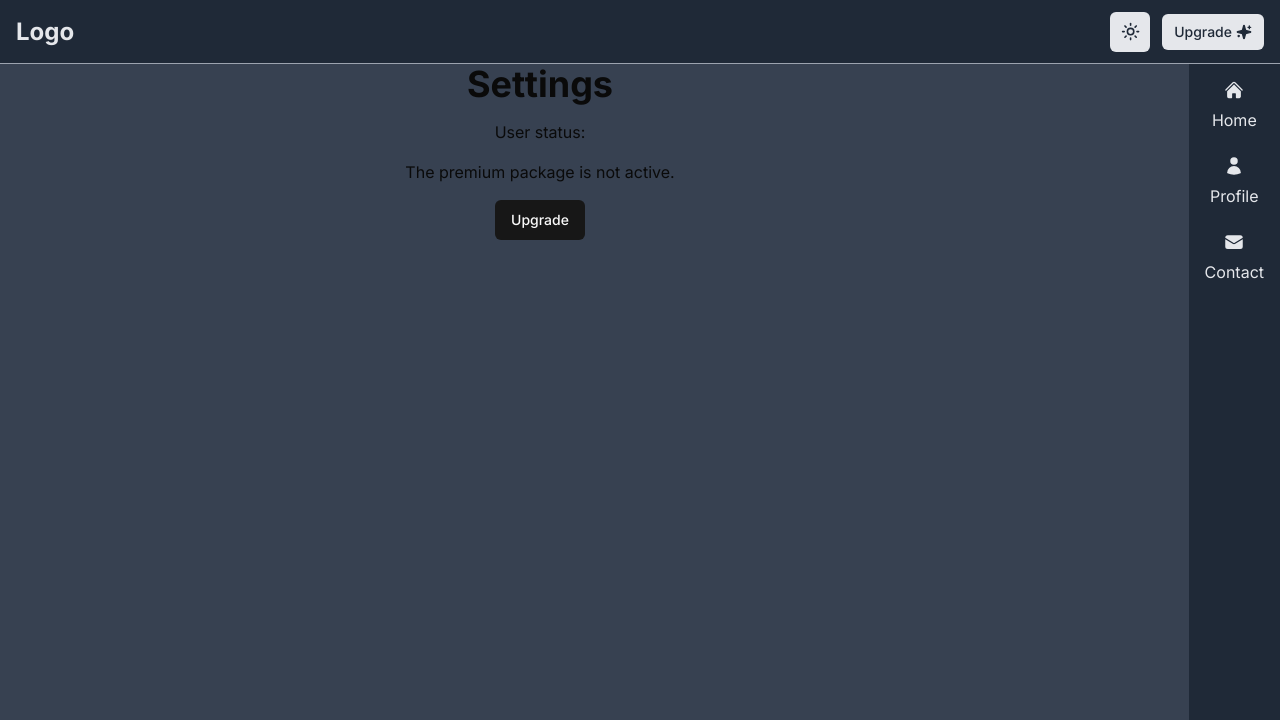
Repository: michalmilek/AI-companion-bot
Page: /settings
The author's editor kept a copy of each file at every save. The page is drawn from the files as they stood at one save, then again after the next save.
The browser window is 1280 px wide. The pictures show the whole page.
The page's requests for data from a server got no answer. The project was rebuilt for these pictures with package versions that can differ from the ones it lists, and the page was loaded fresh each time. Some packages were replaced by stand-ins written for this rebuild. The framework's server and built-in components were replaced by stand-ins that run in the browser. No one was signed in, and anything a server would have sent is missing. Also part of the build but not shown: next.config.js. Imported but missing from the stored project, and not drawn on this page: lib/prismadb.

Above is the page before, as saved 2023-10-10 18:26:11.

### app/layout.tsx
import { ClerkProvider } from "@clerk/nextjs";
import "./globals.css";
import type { Metadata } from "next";
import { Inter } from "next/font/google";
import { ThemeProvider } from "@/components/theme-provider";

const inter = Inter({ subsets: ["latin"] });

export const metadata: Metadata = {
  title: "Create Next App",
  description: "Generated by create next app",
};

export default function RootLayout({
  children,
}: {
  children: React.ReactNode;
}) {
  return (
    <ClerkProvider>
      <html lang="en">
        <body className={inter.className}>
          <ThemeProvider
            attribute="class"
            defaultTheme="light"
            enableSystem
            disableTransitionOnChange>
            {children}
          </ThemeProvider>
        </body>
      </html>
    </ClerkProvider>
  );
}

### app/(root)/layout.tsx
"use client";

import MobileSidebar from "@/components/MobileSidebar";
import Navbar from "@/components/Navbar";
import clsx from "clsx";
import { useTheme } from "next-themes";
import React, { useEffect } from "react";
import useStore from "../hooks/useStore";
import { useMediaQuery } from "react-responsive";
import { AnimatePresence } from "framer-motion";
import Sidebar from "@/components/Sidebar";

const RootLayout = ({ children }: { children: React.ReactNode }) => {
  const { theme } = useTheme();
  const isTabletOrLarger = useMediaQuery({
    query: "(min-width: 768px)",
  });
  const { setIsMobileMenuOpen } = useStore();

  useEffect(() => {
    if (isTabletOrLarger) {
      setIsMobileMenuOpen(false);
    }
  }, [isTabletOrLarger, setIsMobileMenuOpen]);

  return (
    <div
      className={`h-screen ${clsx(
        (theme === "dark" || "system") && "bg-gray-700",
        theme === "light" && "bg-gray-400"
      )} `}>
      <Navbar />
      <MobileSidebar />
      <Sidebar />
      <main className=" px-10 md:pr-60 pt-16 h-full">{children}</main>
    </div>
  );
};

export default RootLayout;

### app/(root)/(routes)/settings/page.tsx
import { checkSubscription } from "@/lib/subscription";
import React from "react";
import SubscriptionPanel from "./companion/SubscriptionPanel";

const page = async () => {
  const isPro = await checkSubscription();
  return (
    <div>
      <SubscriptionPanel isPro={isPro} />
    </div>
  );
};

export default page;

### app/globals.css
@tailwind base;
@tailwind components;
@tailwind utilities;

@layer base {
  :root {
    --background: 0 0% 100%;
    --foreground: 0 0% 3.9%;

    --card: 0 0% 100%;
    --card-foreground: 0 0% 3.9%;

    --popover: 0 0% 100%;
    --popover-foreground: 0 0% 3.9%;

    --primary: 0 0% 9%;
    --primary-foreground: 0 0% 98%;

    --secondary: 0 0% 96.1%;
    --secondary-foreground: 0 0% 9%;

    --muted: 0 0% 96.1%;
    --muted-foreground: 0 0% 45.1%;

    --accent: 0 0% 96.1%;
    --accent-foreground: 0 0% 9%;

    --destructive: 0 84.2% 60.2%;
    --destructive-foreground: 0 0% 98%;

    --border: 0 0% 89.8%;
    --input: 0 0% 89.8%;
    --ring: 0 0% 3.9%;

    --radius: 0.5rem;
  }

  .dark {
    --background: 0 0% 3.9%;
    --foreground: 0 0% 98%;

    --card: 0 0% 3.9%;
    --card-foreground: 0 0% 98%;

    --popover: 0 0% 3.9%;
    --popover-foreground: 0 0% 98%;

    --primary: 0 0% 98%;
    --primary-foreground: 0 0% 9%;

    --secondary: 0 0% 14.9%;
    --secondary-foreground: 0 0% 98%;

    --muted: 0 0% 14.9%;
    --muted-foreground: 0 0% 63.9%;

    --accent: 0 0% 14.9%;
    --accent-foreground: 0 0% 98%;

    --destructive: 0 62.8% 30.6%;
    --destructive-foreground: 0 0% 98%;

    --border: 0 0% 14.9%;
    --input: 0 0% 14.9%;
    --ring: 0 0% 83.1%;
  }
}

@layer base {
  * {
    @apply border-border;
  }
  body {
    @apply bg-background text-foreground;
  }
}

*{
  box-sizing: border-box;
  padding: 0;
  margin: 0;
}

### components/MobileSidebar.tsx
"use client";

import React from "react";
import { AnimatePresence, motion } from "framer-motion";
import { useTheme } from "next-themes";
import clsx from "clsx";
import { Theme, getThemeBackground } from "@/app/utils/helpers";
import { Button } from "./ui/button";
import { HomeIcon, UserIcon, EnvelopeIcon } from "@heroicons/react/24/solid";
import Link from "next/link";
import useStore from "@/app/hooks/useStore";
import { useMediaQuery } from "react-responsive";

const MobileSidebar = () => {
  const { theme } = useTheme();
  const isTabletOrLarger = useMediaQuery({
    query: "(min-width: 768px)",
  });

  const isMobileOrLarger = useMediaQuery({
    query: "(min-width: 550px)",
  });
  const { isMobileMenuOpen } = useStore();
  return (
    <AnimatePresence mode="wait">
      {isMobileMenuOpen && !isTabletOrLarger && (
        <motion.aside
          className={`h-full py-2 fixed bottom-0 top-16 right-0 ${getThemeBackground(
            theme as Theme
          )}`}
          initial={{ x: "100%" }}
          animate={{ x: 0 }}
          transition={{ type: "tween", duration: 0.3 }}
          exit={{ x: "100%" }}>
          <ul className="flex flex-col gap-2">
            <li>
              <Link
                className={`flex flex-col items-center gap-2 py-2 ${
                  theme === "light" ? "hover:bg-gray-700" : "hover:bg-gray-500"
                } transition-none`}
                href="/">
                <HomeIcon className="h-5 w-5" />
                {isMobileOrLarger && <span>Home</span>}
              </Link>
            </li>
            <li>
              <Link
                className="flex flex-col items-center gap-2 py-2 px-4 hover:bg-gray-700"
                href="/profile">
                <UserIcon className="h-5 w-5" />
                <span>Profile</span>
              </Link>
            </li>
            <li>
              <Link
                className="flex flex-col items-center gap-2 py-2 px-4 hover:bg-gray-700"
                href="/contact">
                <EnvelopeIcon className="h-5 w-5" />
                <span>Contact</span>
              </Link>
            </li>
          </ul>
        </motion.aside>
      )}
    </AnimatePresence>
  );
};
export default MobileSidebar;

### components/Navbar.tsx
"use client";

import React, { useEffect, useState } from "react";
import { UserButton } from "@clerk/nextjs";
import { Button } from "./ui/button";
import { Sparkles } from "lucide-react";
import { ThemeToggle } from "./theme-toggle";
import { useTheme } from "next-themes";
import clsx from "clsx";
import { Theme, getThemeBackground, getThemeColor } from "@/app/utils/helpers";
import { useMediaQuery } from "react-responsive";
import { Bars3Icon } from "@heroicons/react/24/solid";
import useStore from "@/app/hooks/useStore";

const Navbar = () => {
  const { theme } = useTheme();
  const isTabletOrLarger = useMediaQuery({
    query: "(min-width: 768px)",
  });
  const { isMobileMenuOpen, setIsMobileMenuOpen } = useStore();

  return (
    <nav
      className={`${getThemeBackground(
        theme as Theme
      )} h-16 flex justify-between items-center px-4 fixed top-0 left-0 right-0 z-50 border-b-gray-400 border-b`}>
      <a
        href="#"
        className="text-2xl font-bold">
        Logo
      </a>
      <div className="flex items-center gap-3">
        <ThemeToggle />
        <Button
          size="sm"
          variant={getThemeColor(theme as Theme)}>
          Upgrade
          <Sparkles
            className={`${
              theme === "light"
                ? "text-gray-800 fill-gray-800"
                : "text-gray-200 fill-gray-200"
            }  h-4 w-4`}
          />
        </Button>

        <UserButton />
        {!isTabletOrLarger && (
          <Button
            size="icon"
            onClick={() => setIsMobileMenuOpen(!isMobileMenuOpen)}
            variant={getThemeColor(theme as Theme)}>
            <Bars3Icon
              className={`${
                theme === "light"
                  ? "text-gray-800 fill-gray-800"
                  : "text-gray-200 fill-gray-200"
              } p-2`}
            />
          </Button>
        )}
      </div>
    </nav>
  );
};

export default Navbar;

### app/hooks/useStore.ts
import { create } from "zustand";

interface State {
  isMobileMenuOpen: boolean;
  setIsMobileMenuOpen: (isOpen: boolean) => void;
}

const useStore = create<State>((set) => ({
  isMobileMenuOpen: false,
  setIsMobileMenuOpen: (isOpen) => set({ isMobileMenuOpen: isOpen }),
}));

export default useStore;

### components/Sidebar.tsx
import React from "react";
import { AnimatePresence, motion } from "framer-motion";
import { useTheme } from "next-themes";
import clsx from "clsx";
import { Theme, getThemeBackground } from "@/app/utils/helpers";
import { Button } from "./ui/button";
import { HomeIcon, UserIcon, EnvelopeIcon } from "@heroicons/react/24/solid";
import Link from "next/link";
import { useMediaQuery } from "react-responsive";

const Sidebar = () => {
  const { theme } = useTheme();
  const isTabletOrLarger = useMediaQuery({
    query: "(min-width: 768px)",
  });

  return (
    <AnimatePresence>
      {isTabletOrLarger && (
        <motion.aside
          key={"sidebar"}
          className={`h-full py-2 fixed bottom-0 top-16 right-0 ${getThemeBackground(
            theme as Theme
          )}`}
          initial={{ x: "100%" }}
          animate={{ x: 0 }}
          exit={{ x: "100%" }}
          transition={{ type: "tween", duration: 0.3 }}>
          <ul className="flex flex-col gap-2">
            <li>
              <Link
                className={`flex flex-col items-center gap-2 py-2 ${
                  theme === "light" ? "hover:bg-gray-700" : "hover:bg-gray-500"
                } transition-none`}
                href="/">
                <HomeIcon className="h-5 w-5" />
                <span>Home</span>
              </Link>
            </li>
            <li>
              <Link
                className="flex flex-col items-center gap-2 py-2 px-4 hover:bg-gray-700"
                href="/profile">
                <UserIcon className="h-5 w-5" />
                <span>Profile</span>
              </Link>
            </li>
            <li>
              <Link
                className="flex flex-col items-center gap-2 py-2 px-4 hover:bg-gray-700"
                href="/contact">
                <EnvelopeIcon className="h-5 w-5" />
                <span>Contact</span>
              </Link>
            </li>
          </ul>
        </motion.aside>
      )}
    </AnimatePresence>
  );
};

export default Sidebar;

### lib/subscription.ts
import { auth } from "@clerk/nextjs";

import prismadb from "@/lib/prismadb";

const DAY_IN_MS = 86_400_000;

export const checkSubscription = async () => {
  const { userId } = auth();

  if (!userId) {
    return false;
  }

  const userSubscription = await prismadb.userSubscription.findUnique({
    where: {
      userId,
    },
    select: {
      stripeCurrentPeriodEnd: true,
      stripeCustomerId: true,
      stripePriceId: true,
      stripeSubscriptionId: true,
    },
  });

  if (!userSubscription) {
    return false;
  }

  const isValid =
    userSubscription.stripePriceId &&
    userSubscription.stripeCurrentPeriodEnd?.getTime()! + DAY_IN_MS >
      Date.now();

  return !!isValid;
};

### app/(root)/(routes)/settings/companion/SubscriptionPanel.tsx
"use client";

import { Button } from "@/components/ui/button";
import axios from "axios";
import React from "react";

const SubscriptionPanel = ({ isPro }: { isPro: boolean }) => {
  const onSubscribe = async () => {
    try {
      const response = await axios.get("/api/stripe");

      window.location.href = response.data.url;
    } catch (error) {
      console.log("onSubscribe error", error);
    }
  };

  return (
    <div className="flex flex-col gap-4 items-center justify-center">
      <h1 className="text-4xl font-bold">Settings</h1>
      <h2>User status:</h2>
      <p>
        {isPro
          ? "The premium package is active."
          : "The premium package is not active."}
      </p>
      <Button onClick={onSubscribe}>
        {isPro ? "Edit your subscription" : "Upgrade"}
      </Button>
    </div>
  );
};

export default SubscriptionPanel;

### app/utils/helpers.ts
import clsx from "clsx";

export type Theme = "dark" | "system" | "light";

export function getThemeColor(theme: Theme) {
  if (theme === "dark" || theme === "system") {
    return "dark";
  } else {
    return "gray";
  }
}

export const getThemeBackground = (theme: Theme) => {
  return clsx(
    (theme === "dark" || theme === "system") && "bg-gray-200 text-gray-800",
    theme === "light" && "bg-gray-800 text-gray-200"
  );
};

### components/ui/button.tsx
import * as React from "react";
import { Slot } from "@radix-ui/react-slot";
import { cva, type VariantProps } from "class-variance-authority";

import { cn } from "@/lib/utils";

const buttonVariants = cva(
  "inline-flex items-center justify-center rounded-md text-sm font-medium ring-offset-background transition-colors focus-visible:outline-none focus-visible:ring-2 focus-visible:ring-ring focus-visible:ring-offset-2 disabled:pointer-events-none disabled:opacity-50",
  {
    variants: {
      variant: {
        default: "bg-primary text-primary-foreground hover:bg-primary/90",
        destructive:
          "bg-destructive text-destructive-foreground hover:bg-destructive/90",
        outline:
          "border border-input bg-background hover:bg-accent hover:text-accent-foreground",
        secondary:
          "bg-secondary text-secondary-foreground hover:bg-secondary/80",
        ghost: "hover:bg-accent hover:text-accent-foreground",
        link: "text-primary underline-offset-4 hover:underline",
        gray: "bg-gray-200 text-gray-800 flex items-center gap-1 hover:bg-gray-300 transition-all",
        dark: "bg-gray-800 text-gray-200 flex items-center gap-1 hover:bg-gray-600 transition-all",
      },
      size: {
        default: "h-10 px-4 py-2",
        sm: "h-9 rounded-md px-3",
        lg: "h-11 rounded-md px-8",
        icon: "h-10 w-10",
      },
    },
    defaultVariants: {
      variant: "default",
      size: "default",
    },
  }
);

export interface ButtonProps
  extends React.ButtonHTMLAttributes<HTMLButtonElement>,
    VariantProps<typeof buttonVariants> {
  asChild?: boolean;
}

const Button = React.forwardRef<HTMLButtonElement, ButtonProps>(
  ({ className, variant, size, asChild = false, ...props }, ref) => {
    const Comp = asChild ? Slot : "button";
    return (
      <Comp
        className={cn(buttonVariants({ variant, size, className }))}
        ref={ref}
        {...props}
      />
    );
  }
);
Button.displayName = "Button";

export { Button, buttonVariants };

### components/theme-toggle.tsx
"use client";

import * as React from "react";
import { Moon, Sun } from "lucide-react";
import { useTheme } from "next-themes";

import { Button } from "@/components/ui/button";
import {
  DropdownMenu,
  DropdownMenuContent,
  DropdownMenuItem,
  DropdownMenuTrigger,
} from "@/components/ui/dropdown-menu";
import { Theme, getThemeColor } from "@/app/utils/helpers";

export function ThemeToggle() {
  const { theme, setTheme } = useTheme();

  return (
    <DropdownMenu>
      <DropdownMenuTrigger asChild>
        <Button
          variant={getThemeColor(theme as Theme)}
          size="icon">
          <Sun className="h-[1.2rem] w-[1.2rem] rotate-0 scale-100 transition-all dark:-rotate-90 dark:scale-0" />
          <Moon className="absolute h-[1.2rem] w-[1.2rem] rotate-90 scale-0 transition-all dark:rotate-0 dark:scale-100" />
          <span className="sr-only">Toggle theme</span>
        </Button>
      </DropdownMenuTrigger>
      <DropdownMenuContent align="end">
        <DropdownMenuItem onClick={() => setTheme("light")}>
          Light
        </DropdownMenuItem>
        <DropdownMenuItem onClick={() => setTheme("dark")}>
          Dark
        </DropdownMenuItem>
        <DropdownMenuItem onClick={() => setTheme("system")}>
          System
        </DropdownMenuItem>
      </DropdownMenuContent>
    </DropdownMenu>
  );
}

### components/ui/dropdown-menu.tsx
"use client"

import * as React from "react"
import * as DropdownMenuPrimitive from "@radix-ui/react-dropdown-menu"
import { Check, ChevronRight, Circle } from "lucide-react"

import { cn } from "@/lib/utils"

const DropdownMenu = DropdownMenuPrimitive.Root

const DropdownMenuTrigger = DropdownMenuPrimitive.Trigger

const DropdownMenuGroup = DropdownMenuPrimitive.Group

const DropdownMenuPortal = DropdownMenuPrimitive.Portal

const DropdownMenuSub = DropdownMenuPrimitive.Sub

const DropdownMenuRadioGroup = DropdownMenuPrimitive.RadioGroup

const DropdownMenuSubTrigger = React.forwardRef<
  React.ElementRef<typeof DropdownMenuPrimitive.SubTrigger>,
  React.ComponentPropsWithoutRef<typeof DropdownMenuPrimitive.SubTrigger> & {
    inset?: boolean
  }
>(({ className, inset, children, ...props }, ref) => (
  <DropdownMenuPrimitive.SubTrigger
    ref={ref}
    className={cn(
      "flex cursor-default select-none items-center rounded-sm px-2 py-1.5 text-sm outline-none focus:bg-accent data-[state=open]:bg-accent",
      inset && "pl-8",
      className
    )}
    {...props}
  >
    {children}
    <ChevronRight className="ml-auto h-4 w-4" />
  </DropdownMenuPrimitive.SubTrigger>
))
DropdownMenuSubTrigger.displayName =
  DropdownMenuPrimitive.SubTrigger.displayName

const DropdownMenuSubContent = React.forwardRef<
  React.ElementRef<typeof DropdownMenuPrimitive.SubContent>,
  React.ComponentPropsWithoutRef<typeof DropdownMenuPrimitive.SubContent>
>(({ className, ...props }, ref) => (
  <DropdownMenuPrimitive.SubContent
    ref={ref}
    className={cn(
      "z-50 min-w-[8rem] overflow-hidden rounded-md border bg-popover p-1 text-popover-foreground shadow-lg data-[state=open]:animate-in data-[state=closed]:animate-out data-[state=closed]:fade-out-0 data-[state=open]:fade-in-0 data-[state=closed]:zoom-out-95 data-[state=open]:zoom-in-95 data-[side=bottom]:slide-in-from-top-2 data-[side=left]:slide-in-from-right-2 data-[side=right]:slide-in-from-left-2 data-[side=top]:slide-in-from-bottom-2",
      className
    )}
    {...props}
  />
))
DropdownMenuSubContent.displayName =
  DropdownMenuPrimitive.SubContent.displayName

const DropdownMenuContent = React.forwardRef<
  React.ElementRef<typeof DropdownMenuPrimitive.Content>,
  React.ComponentPropsWithoutRef<typeof DropdownMenuPrimitive.Content>
>(({ className, sideOffset = 4, ...props }, ref) => (
  <DropdownMenuPrimitive.Portal>
    <DropdownMenuPrimitive.Content
      ref={ref}
      sideOffset={sideOffset}
      className={cn(
        "z-50 min-w-[8rem] overflow-hidden rounded-md border bg-popover p-1 text-popover-foreground shadow-md data-[state=open]:animate-in data-[state=closed]:animate-out data-[state=closed]:fade-out-0 data-[state=open]:fade-in-0 data-[state=closed]:zoom-out-95 data-[state=open]:zoom-in-95 data-[side=bottom]:slide-in-from-top-2 data-[side=left]:slide-in-from-right-2 data-[side=right]:slide-in-from-left-2 data-[side=top]:slide-in-from-bottom-2",
        className
      )}
      {...props}
    />
  </DropdownMenuPrimitive.Portal>
))
DropdownMenuContent.displayName = DropdownMenuPrimitive.Content.displayName

const DropdownMenuItem = React.forwardRef<
  React.ElementRef<typeof DropdownMenuPrimitive.Item>,
  React.ComponentPropsWithoutRef<typeof DropdownMenuPrimitive.Item> & {
    inset?: boolean
  }
>(({ className, inset, ...props }, ref) => (
  <DropdownMenuPrimitive.Item
    ref={ref}
    className={cn(
      "relative flex cursor-default select-none items-center rounded-sm px-2 py-1.5 text-sm outline-none transition-colors focus:bg-accent focus:text-accent-foreground data-[disabled]:pointer-events-none data-[disabled]:opacity-50",
      inset && "pl-8",
      className
    )}
    {...props}
  />
))
DropdownMenuItem.displayName = DropdownMenuPrimitive.Item.displayName

const DropdownMenuCheckboxItem = React.forwardRef<
  React.ElementRef<typeof DropdownMenuPrimitive.CheckboxItem>,
  React.ComponentPropsWithoutRef<typeof DropdownMenuPrimitive.CheckboxItem>
>(({ className, children, checked, ...props }, ref) => (
  <DropdownMenuPrimitive.CheckboxItem
    ref={ref}
    className={cn(
      "relative flex cursor-default select-none items-center rounded-sm py-1.5 pl-8 pr-2 text-sm outline-none transition-colors focus:bg-accent focus:text-accent-foreground data-[disabled]:pointer-events-none data-[disabled]:opacity-50",
      className
    )}
    checked={checked}
    {...props}
  >
    <span className="absolute left-2 flex h-3.5 w-3.5 items-center justify-center">
      <DropdownMenuPrimitive.ItemIndicator>
        <Check className="h-4 w-4" />
      </DropdownMenuPrimitive.ItemIndicator>
    </span>
    {children}
  </DropdownMenuPrimitive.CheckboxItem>
))
DropdownMenuCheckboxItem.displayName =
  DropdownMenuPrimitive.CheckboxItem.displayName

const DropdownMenuRadioItem = React.forwardRef<
  React.ElementRef<typeof DropdownMenuPrimitive.RadioItem>,
  React.ComponentPropsWithoutRef<typeof DropdownMenuPrimitive.RadioItem>
>(({ className, children, ...props }, ref) => (
  <DropdownMenuPrimitive.RadioItem
    ref={ref}
    className={cn(
      "relative flex cursor-default select-none items-center rounded-sm py-1.5 pl-8 pr-2 text-sm outline-none transition-colors focus:bg-accent focus:text-accent-foreground data-[disabled]:pointer-events-none data-[disabled]:opacity-50",
      className
    )}
    {...props}
  >
    <span className="absolute left-2 flex h-3.5 w-3.5 items-center justify-center">
      <DropdownMenuPrimitive.ItemIndicator>
        <Circle className="h-2 w-2 fill-current" />
      </DropdownMenuPrimitive.ItemIndicator>
    </span>
    {children}
  </DropdownMenuPrimitive.RadioItem>
))
DropdownMenuRadioItem.displayName = DropdownMenuPrimitive.RadioItem.displayName

const DropdownMenuLabel = React.forwardRef<
  React.ElementRef<typeof DropdownMenuPrimitive.Label>,
  React.ComponentPropsWithoutRef<typeof DropdownMenuPrimitive.Label> & {
    inset?: boolean
  }
>(({ className, inset, ...props }, ref) => (
  <DropdownMenuPrimitive.Label
    ref={ref}
    className={cn(
      "px-2 py-1.5 text-sm font-semibold",
      inset && "pl-8",
      className
    )}
    {...props}
  />
))
DropdownMenuLabel.displayName = DropdownMenuPrimitive.Label.displayName

const DropdownMenuSeparator = React.forwardRef<
  React.ElementRef<typeof DropdownMenuPrimitive.Separator>,
  React.ComponentPropsWithoutRef<typeof DropdownMenuPrimitive.Separator>
>(({ className, ...props }, ref) => (
  <DropdownMenuPrimitive.Separator
    ref={ref}
    className={cn("-mx-1 my-1 h-px bg-muted", className)}
    {...props}
  />
))
DropdownMenuSeparator.displayName = DropdownMenuPrimitive.Separator.displayName

const DropdownMenuShortcut = ({
  className,
  ...props
}: React.HTMLAttributes<HTMLSpanElement>) => {
  return (
    <span
      className={cn("ml-auto text-xs tracking-widest opacity-60", className)}
      {...props}
    />
  )
}
DropdownMenuShortcut.displayName = "DropdownMenuShortcut"

export {
  DropdownMenu,
  DropdownMenuTrigger,
  DropdownMenuContent,
  DropdownMenuItem,
  DropdownMenuCheckboxItem,
  DropdownMenuRadioItem,
  DropdownMenuLabel,
  DropdownMenuSeparator,
  DropdownMenuShortcut,
  DropdownMenuGroup,
  DropdownMenuPortal,
  DropdownMenuSub,
  DropdownMenuSubContent,
  DropdownMenuSubTrigger,
  DropdownMenuRadioGroup,
}

Loaded but not shown: components/theme-provider.tsx (common file); lib/utils.ts (common file); tailwind.config.js (common file)

After the next save:
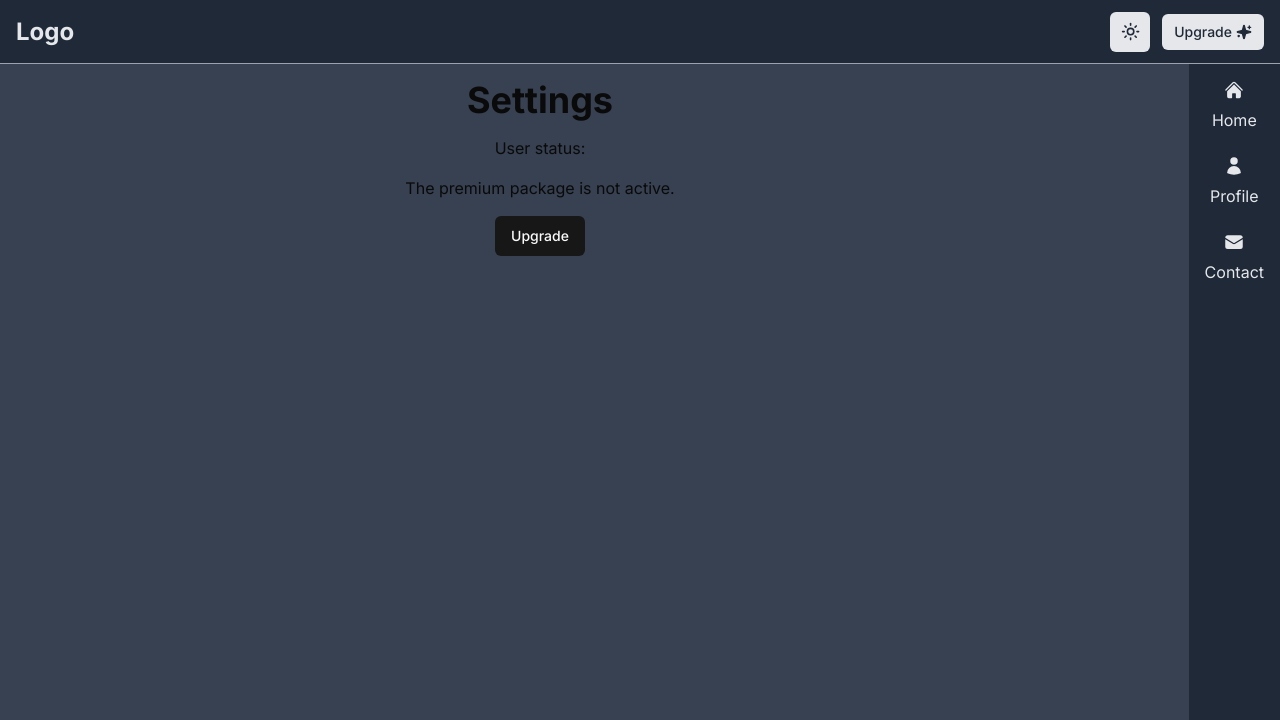
Saved 16 s later.
--- a/app/(root)/layout.tsx
+++ b/app/(root)/layout.tsx
@@ -32,7 +32,7 @@ const RootLayout = ({ children }: { children: React.ReactNode }) => {
       <Navbar />
       <MobileSidebar />
       <Sidebar />
-      <main className=" px-10 md:pr-60 pt-16 h-full">{children}</main>
+      <main className="px-10 md:pr-60 pt-20 pb-2 h-full">{children}</main>
     </div>
   );
 };
